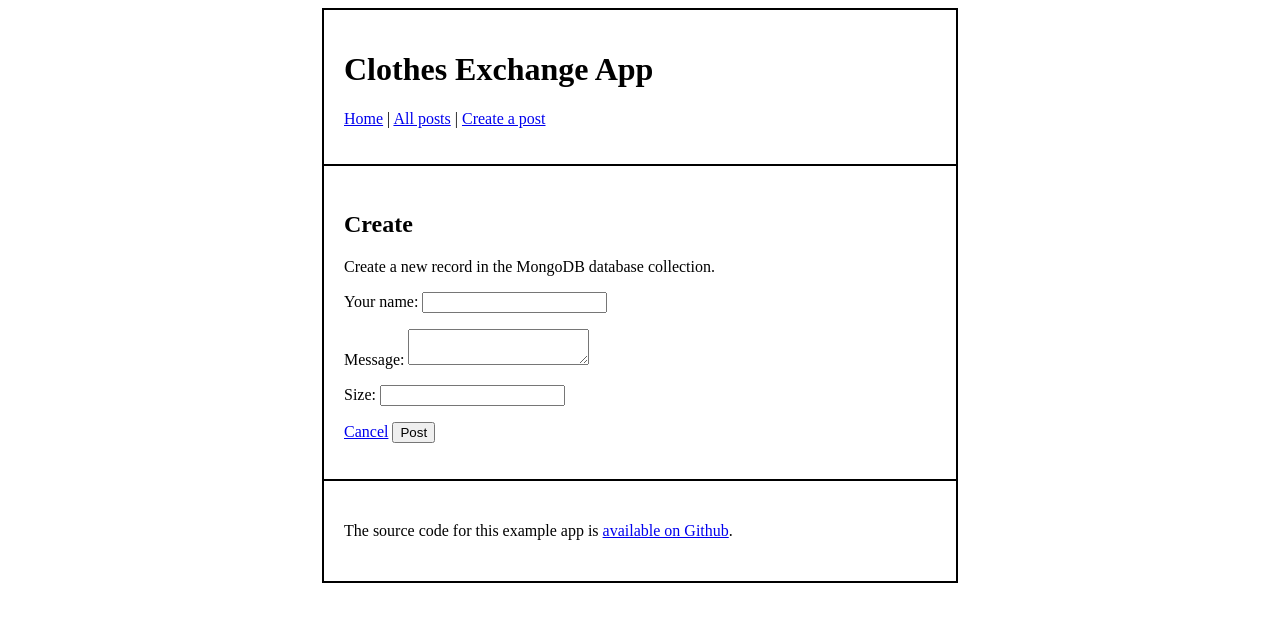
Repository: dbdesign-students-spring2024/7-web-app-dianachen1013
Page: http://localhost/create
The author's editor kept a copy of each file at every save. The page is drawn from the files as they stood at one save, then again after the next save.
The browser window is 1280 px wide. The pictures show the whole page.
The page is served by the project's application, run on Flask 3 (app.py).

Above is the page before, as saved 2024-04-15 16:56:22.

After the next save:
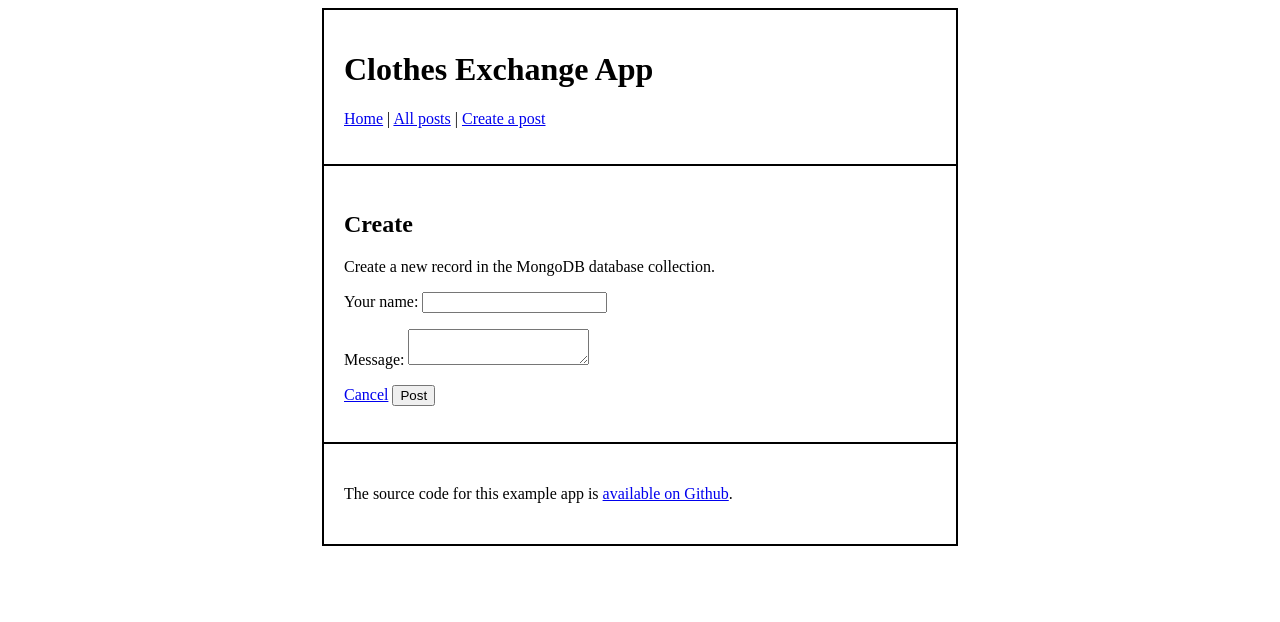
Saved 110 s later.
--- a/templates/create.html
+++ b/templates/create.html
@@ -8,10 +8,6 @@
     <textarea type="text" id="fmessage" name="fmessage"></textarea>
   </p>
   <p>
-    Size:
-    <input type="text" id="fsize" name="fsize"></br>
-  </p>
-  <p>
     <a href="{{ url_for('read')}}">Cancel</a>
     <input type="submit" name="post-btn" value="Post" />
   </p>
